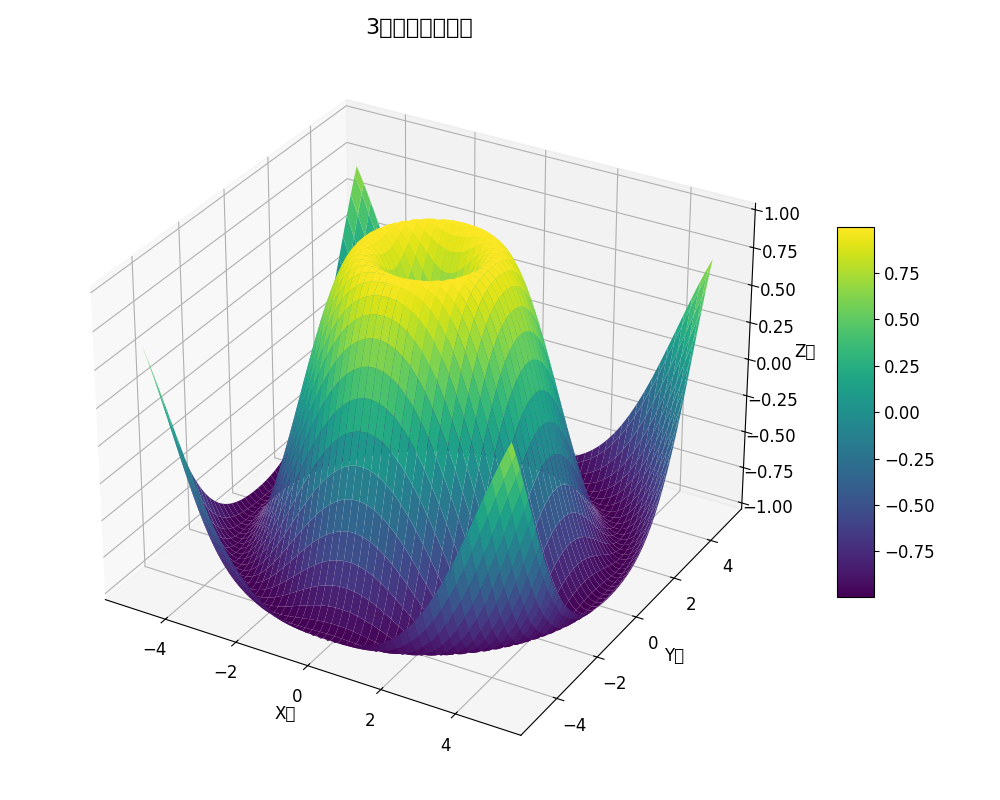
Repository: gouyamada/draw_surface
Script's output: python src/draw_surface.py
An editor plug-in stored every save of this project. The script's output is shown before and after the next save, followed by the edit.
Random numbers start from a fixed seed.

Above is the script's output before, as saved 2025-07-28 13:20:55.

### src/draw_surface.py
# pylint: disable=invalid-name
"""
3次元曲面を描画するスクリプト
"""
from typing import cast
import numpy as np
import matplotlib.pyplot as plt
from mpl_toolkits.mplot3d import Axes3D  # type: ignore


plt.rcParams["font.family"] = "Meiryo"
plt.rcParams["font.size"] = 12


def surface_setting(x, y):
    """
    描画する曲面の関数を定義する関数
    """
    z = np.sin(np.sqrt(x**2 + y**2))
    return z


def draw_surface():
    """
    3次元曲面を描画する関数
    """
    fig = plt.figure(figsize=(10, 8))
    ax = cast(Axes3D, fig.add_subplot(111, projection="3d"))

    # x, y の範囲を設定する
    x = np.linspace(-5, 5, 100)
    y = np.linspace(-5, 5, 100)
    X, Y = np.meshgrid(x, y)
    Z = surface_setting(X, Y)

    # 曲面を描画する
    surf = ax.plot_surface(X, Y, Z, cmap="viridis", edgecolor="none")
    ax.set_title("3次元曲面の描画", fontsize=16)
    ax.set_xlabel("X軸")
    ax.set_ylabel("Y軸")
    ax.set_zlabel("Z軸")

    # 曲面の色を設定する
    fig.colorbar(surf, shrink=0.5, aspect=10)
    plt.tight_layout()
    plt.show()


def main():
    """
    メイン関数
    """
    draw_surface()


if __name__ == "__main__":
    main()

After the next save:
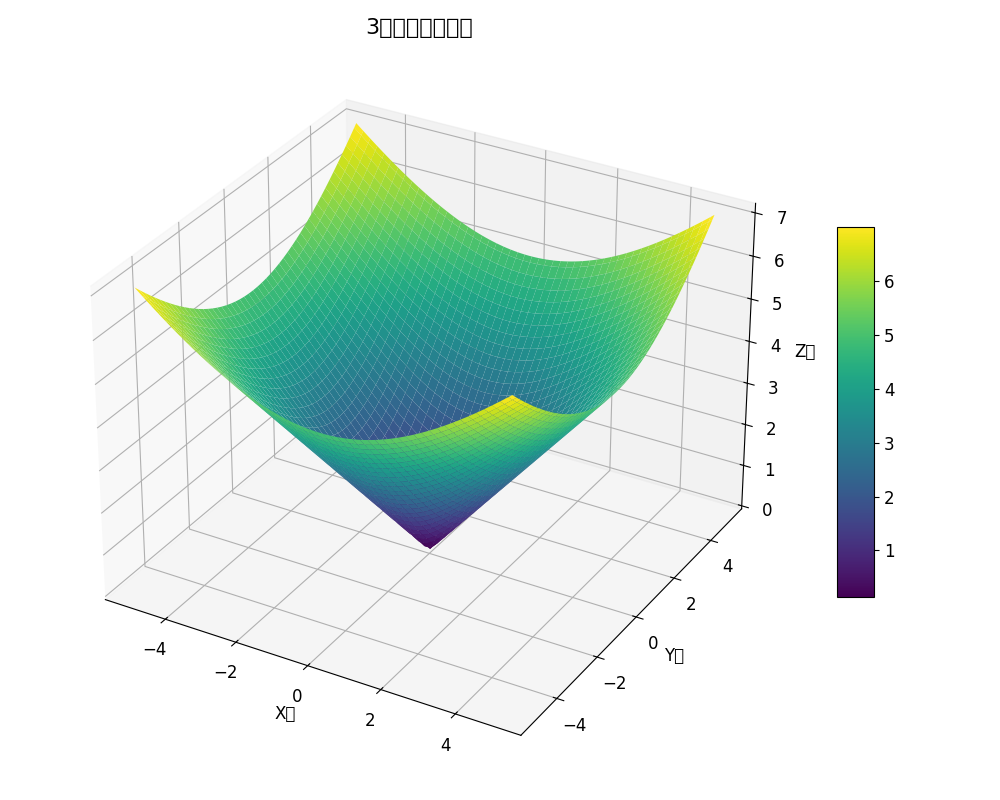
Saved 22 min 47 s later.
--- a/src/draw_surface.py
+++ b/src/draw_surface.py
@@ -16,7 +16,7 @@ def surface_setting(x, y):
     """
     描画する曲面の関数を定義する関数
     """
-    z = np.sin(np.sqrt(x**2 + y**2))
+    z = np.sqrt(x**2 + y**2)
     return z
 
 
